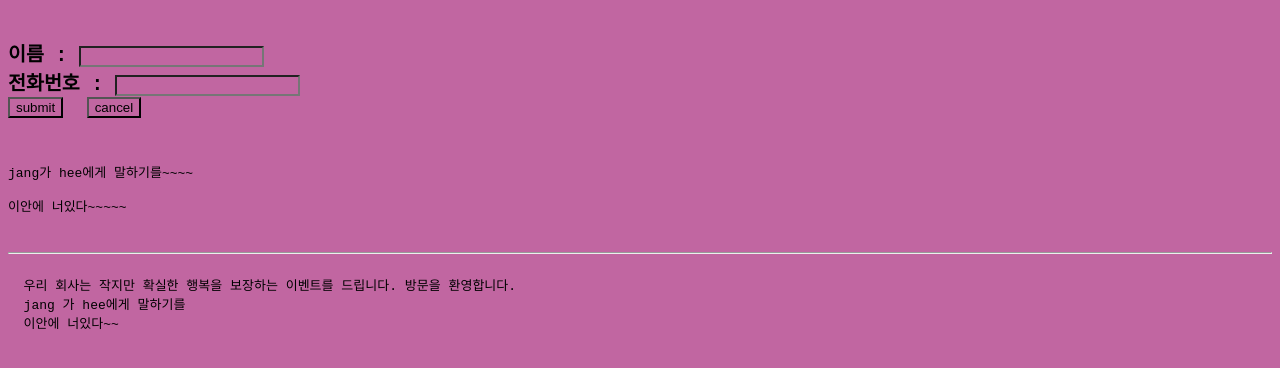
Repository: violetaplum/eclipseJSP
Page: http://localhost/JSP/include_param2.jsp
An editor plug-in stored every save of this project. The page is shown before and after the next save, followed by the edit.
The browser window is 1280 px wide. The pictures show the whole page.
The page is served by Tomcat 9. Other server files are loaded and not shown.

Above is the page before, as saved 2019-06-07 11:11:53.

### JSP/WebContent/include_param2.jsp
<%@page import="java.util.*" %>
<%@ page language="java" contentType="text/html; charset=UTF-8" pageEncoding="utf-8"%>
<!DOCTYPE html>
<html>
    <meta http-equiv="content-type" content="text/html;charset=utf-8" />
  <head>

<style>
*
{
  background: #c166a1;
}
</style>

<title>Include-param</title>
  </head>
  <body>
<pre>
<h2>
이름 : <input type="text" name="name" />
전화번호 : <input type="text" name="number" />
<input type="submit" value="submit" />  <input type="reset" value="cancel" />
</h2>
</pre>
<jsp:include page="200_includesub.jsp">
<jsp:param value="jang" name="name1"/>
<jsp:param value="hee" name="name2"/>
</jsp:include>
  </body>
</html>

### JSP/WebContent/200_includesub.jsp
<%@ page language="java" contentType="text/html; charset=utf-8"
    pageEncoding="utf-8"%>
<!DOCTYPE html>
<html>
<head>
<meta charset="utf-8">
<title>include 지시어로 파일 포함 하기</title>
</head>
<body>
<pre>
<%
  String name1 = request.getParameter("name1");
  String name2 = request.getParameter("name2");
  out.println(name1+"가 "+name2+"에게 말하기를~~~~"+"<br />");
  out.println("이안에 너있다~~~~~");
%>
  <hr />
  우리 회사는 작지만 확실한 행복을 보장하는 이벤트를 드립니다. 방문을 환영합니다.
  ${param.name1} 가 ${param.name2}에게 말하기를
  ${"이안에 너있다~~"}<br />


</pre>
</body>
</html>

After the next save:
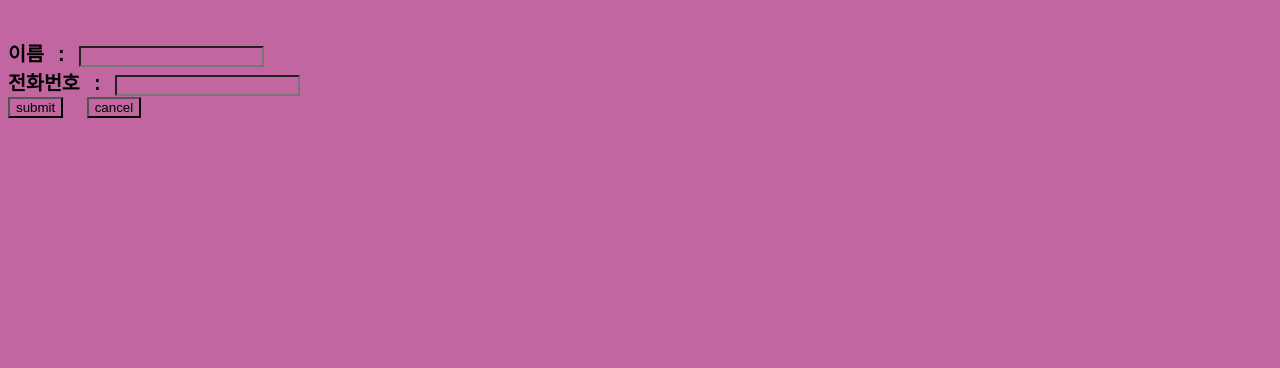
Saved 35 s later.
--- a/JSP/WebContent/include_param2.jsp
+++ b/JSP/WebContent/include_param2.jsp
@@ -22,9 +22,6 @@
 <input type="submit" value="submit" />  <input type="reset" value="cancel" />
 </h2>
 </pre>
-<jsp:include page="200_includesub.jsp">
-<jsp:param value="jang" name="name1"/>
-<jsp:param value="hee" name="name2"/>
-</jsp:include>
+
   </body>
 </html>
